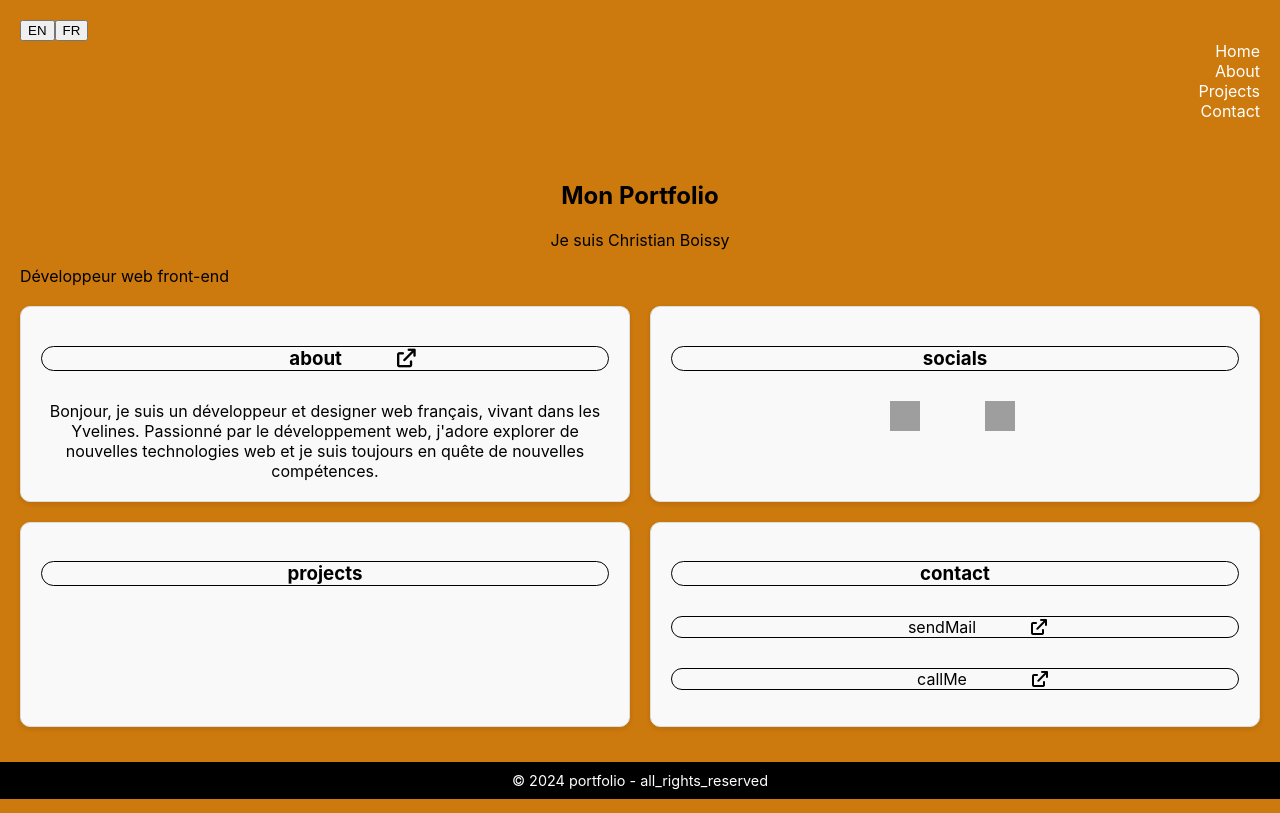
Repository: Christian121966/mon-portfolio
Page: /
The author's editor kept a copy of each file at every save. The page is drawn from the files as they stood at one save, then again after a run of saves.
The browser window is 1280 px wide. The pictures show the whole page.
Pictures or frames that could not be fetched are drawn as grey boxes. The project was rebuilt for these pictures with package versions that can differ from the ones it lists, and the page was loaded fresh each time. Also part of the build but not shown: src/pages/AboutPage/AboutPage.scss, src/pages/AboutPage/AboutPage.js, src/pages/ProjectsPage/ProjectsPage.js, src/pages/ContactPage/ContactPage.js. Imported but missing from the stored project, and not drawn on this page: src/i18next.

Above is the page before, as saved 2024-07-24 14:42:32.

After the next 5 saves:
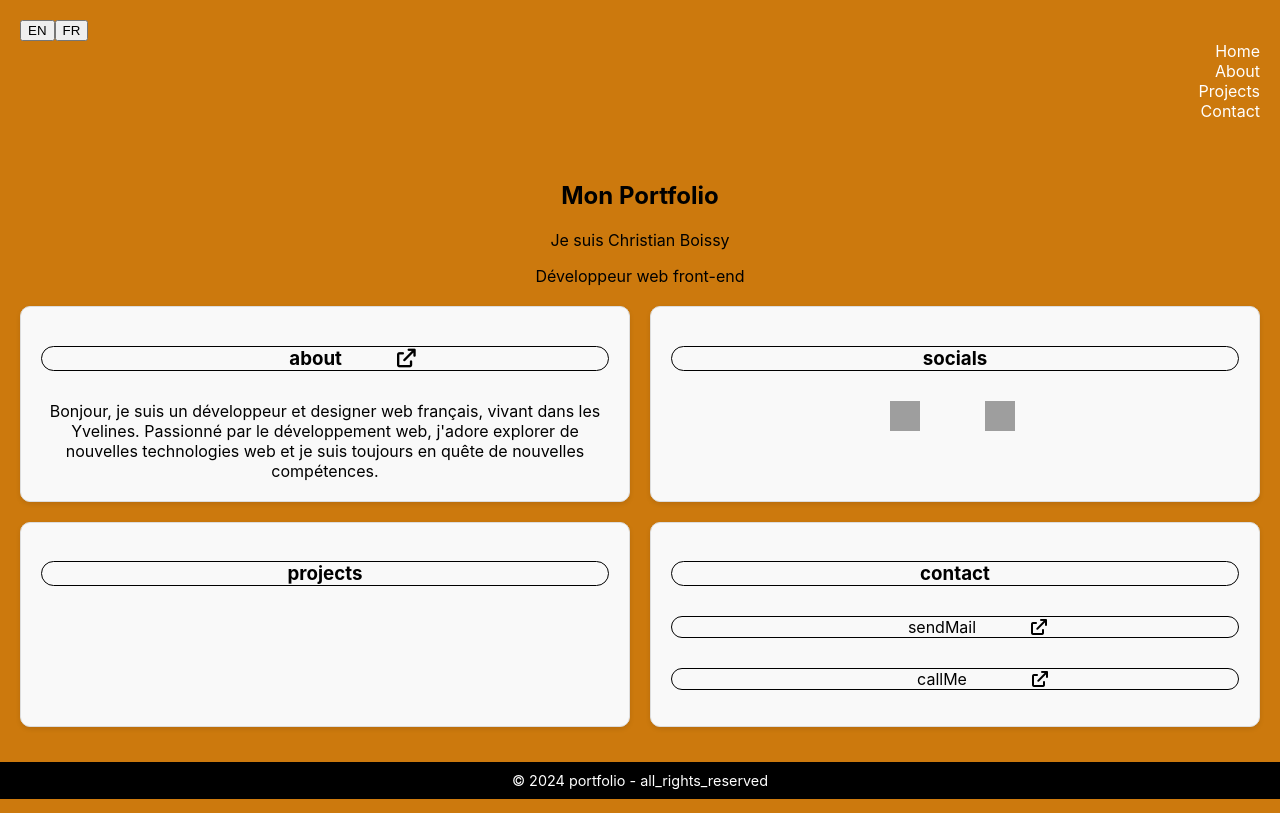
The 5 saves are shown as one change because 1 did not build or start and some came seconds apart.
The last was saved 39 s later.
--- a/src/pages/HomePage/HomePage.scss
+++ b/src/pages/HomePage/HomePage.scss
@@ -11,6 +11,12 @@
     }
 
     .homepage__name {
+      display: flex;
+      justify-content: center;
+      align-items: center;
+    }
+
+    .homepage__profession {
       display: flex;
       justify-content: center;
       align-items: center;
